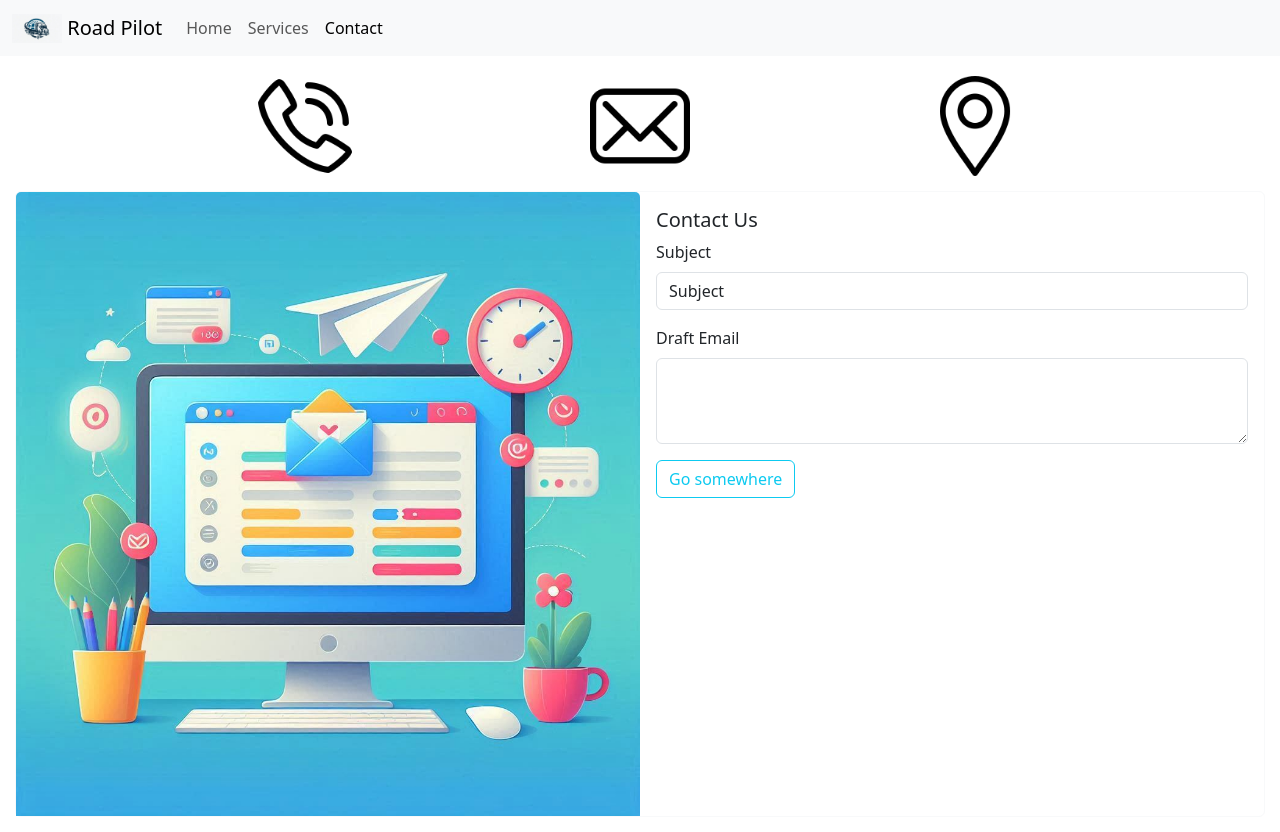
Repository: VictoriousMango/WebCreator
Page: pages/contact.html
The author's editor kept a copy of each file at every save. The page is drawn from the files as they stood at one save, then again after a run of saves.
The browser window is 1280 px wide. The pictures show the whole page.

Above is the page before, as saved 2024-11-09 13:23:30.

After the next 4 saves:
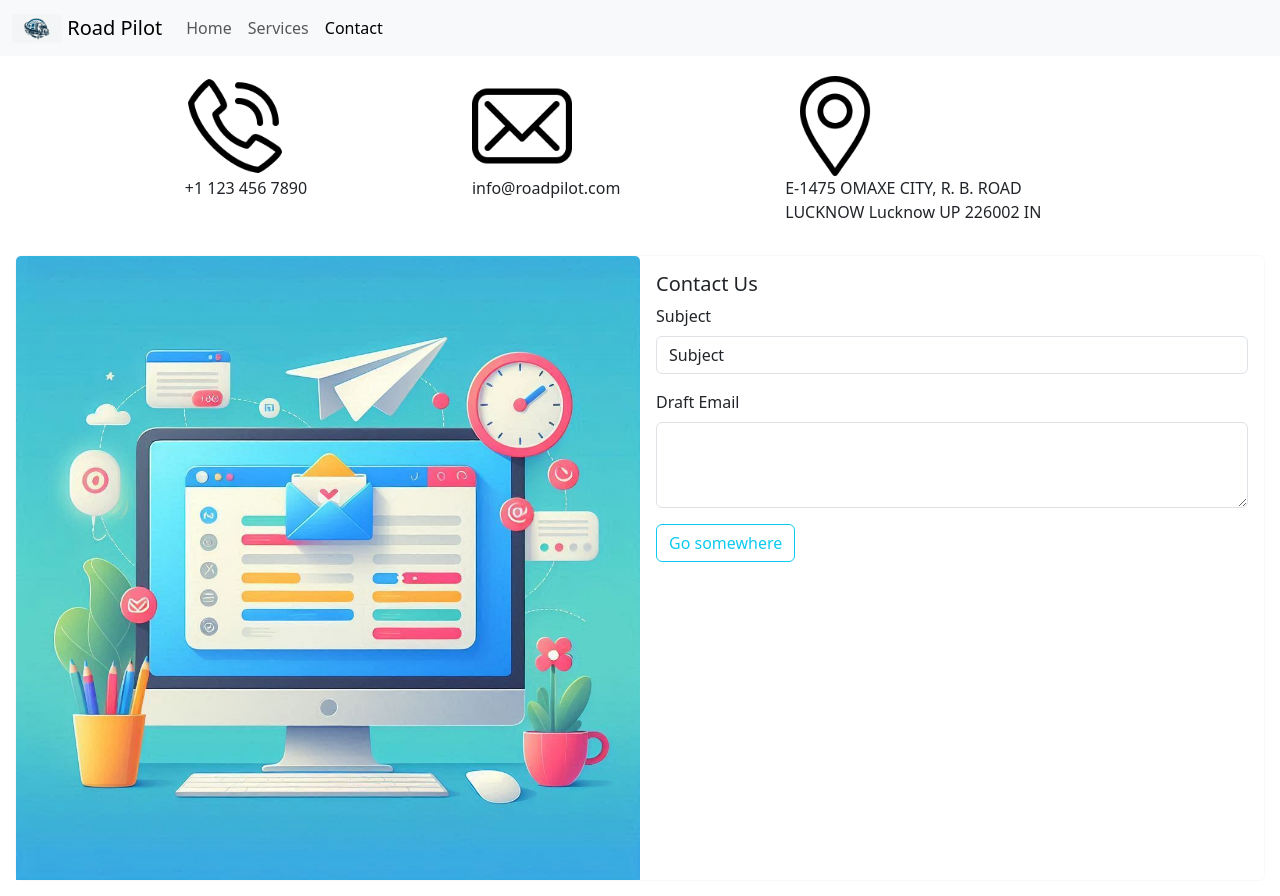
The 4 saves are shown as one change because they came seconds apart.
The last was saved 16 s later.
--- a/assets/css/contact.css
+++ b/assets/css/contact.css
@@ -42,50 +42,3 @@
         width: 100%;
     }
 }
-
-.contact__link {
-    position: relative; /* Positioning context for absolute children */
-    display: inline-block; /* Ensure the link takes up only the necessary space */
-}
-
-.contact__linksIMG {
-    display: block; /* Ensure the image is a block element */
-    transition: opacity 0.3s ease; /* Smooth transition for image opacity */
-}
-
-.contact__link:hover .contact__linksIMG {
-    opacity: 0.3; /* Make the image translucent on hover */
-}
-
-.contact__linksText {
-    position: absolute; /* Position text over the image */
-    top: 50%; /* Center vertically */
-    left: 50%; /* Center horizontally */
-    transform: translate(-50%, -50%); /* Adjust position to center */
-    color: white; /* Text color */
-    opacity: 0; /* Hide text initially */
-    transition: opacity 0.3s ease; /* Smooth transition for text opacity */
-    background-color: rgba(0, 0, 0, 0.3);
-}
-
-.contact__link:hover .contact__linksText {
-    opacity: 1; /* Show text on hover */
-    z-index: 1; /* Ensure text is above the image */
-}
-
-.contact__link::after {
-    content: ''; /* Create a pseudo-element for the translucent background */
-    position: absolute;
-    top: 0;
-    left: 0;
-    right: 0;
-    bottom: 0;
-    /* background-color: rgba(0, 0, 0, 0.5); Translucent background */
-    opacity: 0; /* Hide background initially */
-    transition: opacity 0.3s ease; /* Smooth transition for background */
-    z-index: 0; /* Ensure background is below the text */
-}
-
-.contact__link:hover::after {
-    opacity: 1; /* Show background on hover */
-}
